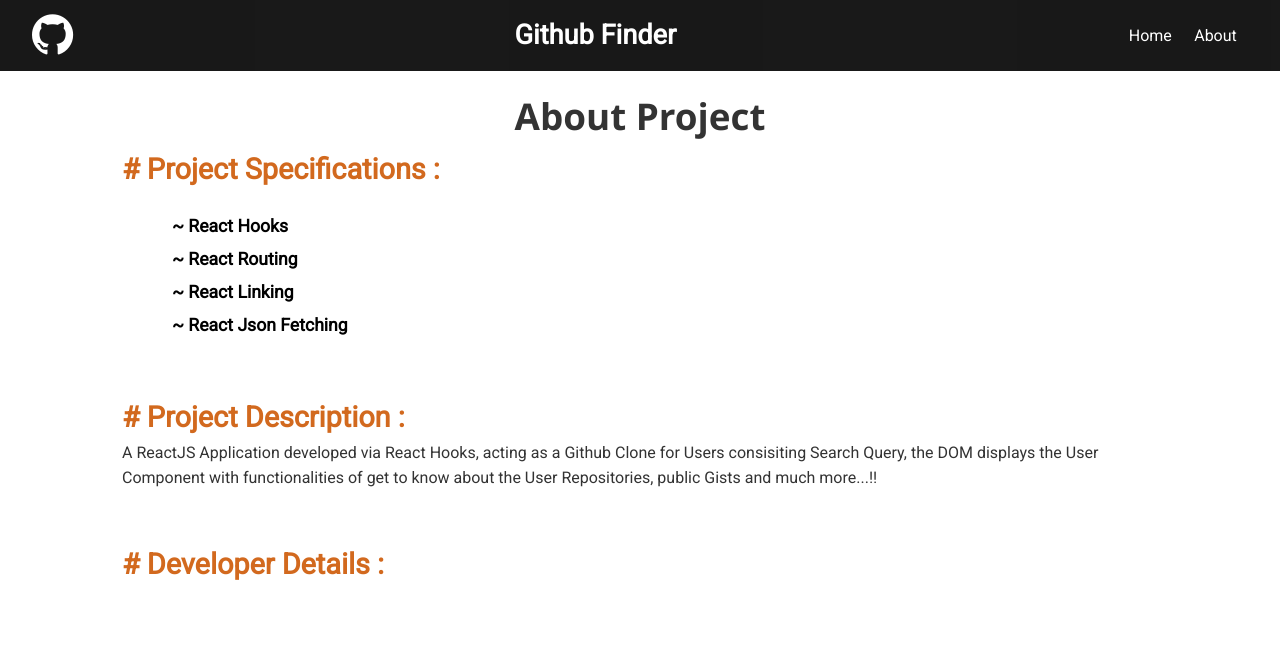
Repository: hemantsaini-7/ReactHooks-GitHub-Clone
Page: /about
An editor plug-in stored every save of this project. The page is shown before and after the next save, followed by the edit.
The browser window is 1280 px wide. The pictures show the whole page.
The project was rebuilt for these pictures with package versions that can differ from the ones it lists, and the page was loaded fresh each time. Also part of the build but not shown: src/components/users/UserItem.js, src/components/layout/Spinner.js, src/components/users/Users.js, src/components/repos/RepoItem.js, src/components/repos/Repos.js, src/components/users/User.js, src/components/users/Search.js, src/components/layout/Alert.js.

Above is the page before, as saved 2020-08-06 10:21:44.

### public/index.html
<!DOCTYPE html>
<html lang="en">
  <head>
    <meta charset="utf-8" />
    <link rel="icon" href="%PUBLIC_URL%/favicon.ico" />
    <meta name="viewport" content="width=device-width, initial-scale=1" />
    <meta name="theme-color" content="#000000" />
    <meta
      name="description"
      content="Web site created using create-react-app"
    />
    <link rel="apple-touch-icon" href="%PUBLIC_URL%/logo192.png" />

    <link rel="manifest" href="%PUBLIC_URL%/manifest.json" />
    <link
      rel="stylesheet"
      href="https://stackpath.bootstrapcdn.com/font-awesome/4.7.0/css/font-awesome.min.css"
    />
    <title>React App</title>
  </head>
  <body>
    <noscript>You need to enable JavaScript to run this app.</noscript>
    <div id="root"></div>
  </body>
</html>

### src/App.js
import React, { Fragment, useState } from "react";
import "./App.css";
import { BrowserRouter as Router, Switch, Route } from "react-router-dom";
import Navbar from "./components/layout/Navbar";
import Users from "./components/users/Users";
import User from "./components/users/User";
import Search from "./components/users/Search";
import Alert from "./components/layout/Alert";
import About from "./components/pages/About";
import axios from "axios";
const App = () => {
  const [users, setUsers] = useState([]);
  const [user, setUser] = useState({});
  const [repos, setRepos] = useState([]);
  const [loading, setLoading] = useState(false);
  const [alert, setAlert] = useState(null);

  const searchUsers = async (text) => {
    //this.setState({ loading: true });
    setLoading(true);
    const res = await axios.get(
      `https://api.github.com/search/users?q=${text}&cliend_id=${process.env.REACT_APP_GITHUB_CLIENT_ID}&client_secret=${process.env.REACT_APP_GITHUB_CLIENT_SECRET}`
    );
    setUsers(res.data.items);
    setLoading(false);
  };

  const clearUsers = () => {
    setUsers([]);
    setLoading(false);
  };

  const showAlert = (msg, type) => {
    //this.setState({ alert: { msg, type } });
    setAlert({ msg, type });
    setTimeout(() => setAlert(null), 5000);
  };

  const getUser = async (username) => {
    setLoading(true);
    const res = await axios.get(
      `https://api.github.com/users/${username}?cliend_id=${process.env.REACT_APP_GITHUB_CLIENT_ID}&client_secret=${process.env.REACT_APP_GITHUB_CLIENT_SECRET}`
    );
    setUser(res.data);
    setLoading(false);
  };

  const getUserRepos = async (username) => {
    setLoading(true);
    const res = await axios.get(
      `https://api.github.com/users/${username}/repos?per_page=5&sort=created:asc&cliend_id=${process.env.REACT_APP_GITHUB_CLIENT_ID}&client_secret=${process.env.REACT_APP_GITHUB_CLIENT_SECRET}`
    );
    setRepos(res.data);
    setLoading(false);
  };

  return (
    <Router>
      <div className='App'>
        <Navbar title='Github Finder' />
        <div className='container'>
          <Alert alert={alert} />
          <Switch>
            <Route
              exact
              path='/'
              render={(props) => (
                <Fragment>
                  <Search
                    searchUsers={searchUsers}
                    clearUsers={clearUsers}
                    showClear={users.length > 0 ? true : false}
                    setAlert={showAlert}
                  />
                  <Users users={users} loading={loading} />
                </Fragment>
              )}
            />
            <Route exact path='/about' component={About} />
            <Route
              exact
              path='/user/:login'
              render={(props) => (
                <User
                  {...props}
                  getUser={getUser}
                  getUserRepos={getUserRepos}
                  repos={repos}
                  user={user}
                  loading={loading}
                />
              )}
            />
          </Switch>
        </div>
      </div>
    </Router>
  );
};

export default App;

### src/App.css
@import url("https://fonts.googleapis.com/css?family=Roboto");

/* Global Styles */
:root {
  --primary-color: #dc3545;
  --dark-color: #333333;
  --light-color: #f4f4f4;
  --danger-color: #dc3545;
  --success-color: #28a745;
}

* {
  box-sizing: border-box;
  margin: 0;
  padding: 0;
}

body {
  font-family: "Roboto", sans-serif;
  font-size: 1rem;
  line-height: 1.6;
  background-color: #fff;
  color: #333;
}

a {
  color: var(--primary-color);
  text-decoration: none;
}

a:hover {
  color: #666;
}

ul {
  list-style: none;
}

img {
  width: 100%;
}

/* Utilities */
.container {
  max-width: 1100px;
  margin: auto;
  overflow: hidden;
  padding: 0 2rem;
}

/* Text Styles*/
.x-large {
  font-size: 4rem;
  line-height: 1.2;
  margin-bottom: 1rem;
}

.large {
  font-size: 3rem;
  line-height: 1.2;
  margin-bottom: 1rem;
}

.lead {
  font-size: 1.5rem;
  margin-bottom: 1rem;
}

.text-center {
  text-align: center;
}

.text-primary {
  color: var(--primary-color);
}

.text-dark {
  color: var(--dark-color);
}

.text-success {
  color: var(--success-color);
}

.text-danger {
  color: var(--danger-color);
}

.text-center {
  text-align: center;
}

.text-right {
  text-align: right;
}

.text-left {
  text-align: left;
}

/* Center All */
.all-center {
  display: flex;
  flex-direction: column;
  width: 100%;
  margin: auto;
  justify-content: center;
  align-items: center;
  text-align: center;
}

/* Cards */
.card {
  padding: 1rem;
  border: #ccc 1px dotted;
  margin: 0.7rem 0;
}

/* List */
.list {
  margin: 0.5rem 0;
}

.list li {
  padding-bottom: 0.3rem;
}

/* Padding */
.p {
  padding: 0.5rem;
}
.p-1 {
  padding: 1rem;
}
.p-2 {
  padding: 2rem;
}
.p-3 {
  padding: 3rem;
}
.py {
  padding: 0.5rem 0;
}
.py-1 {
  padding: 1rem 0;
}
.py-2 {
  padding: 2rem 0;
}
.py-3 {
  padding: 3rem 0;
}

/* Margin */
.m {
  margin: 0.5rem;
}
.m-1 {
  margin: 1rem;
}
.m-2 {
  margin: 2rem;
}
.m-3 {
  margin: 3rem;
}
.my {
  margin: 0.5rem 0;
}
.my-1 {
  margin: 1rem 0;
}
.my-2 {
  margin: 2rem 0;
}
.my-3 {
  margin: 3rem 0;
}

/* Grid */
.grid-2 {
  display: grid;
  grid-template-columns: repeat(2, 1fr);
  grid-gap: 1rem;
}

.grid-3 {
  display: grid;
  grid-template-columns: repeat(3, 1fr);
  grid-gap: 1rem;
}

.grid-4 {
  display: grid;
  grid-template-columns: repeat(4, 1fr);
  grid-gap: 1rem;
}

.btn {
  display: inline-block;
  background: var(--light-color);
  color: #333;
  padding: 0.4rem 1.3rem;
  font-size: 1rem;
  border: none;
  cursor: pointer;
  margin-right: 0.5rem;
  transition: opacity 0.2s ease-in;
  outline: none;
}

.btn-link {
  background: none;
  padding: 0;
  margin: 0;
}

.btn-block {
  display: block;
  width: 100%;
}

.btn-sm {
  font-size: 0.8rem;
  padding: 0.3rem 1rem;
  margin-right: 0.2rem;
}

.badge {
  display: inline-block;
  font-size: 0.8rem;
  padding: 0.2rem 0.7rem;
  text-align: center;
  margin: 0.3rem;
  background: var(--light-color);
  color: #333;
  border-radius: 5px;
}

.alert {
  padding: 0.7rem;
  margin: 1rem 0;
  opacity: 0.9;
  background: var(--light-color);
  color: #333;
}

.btn-primary,
.bg-primary,
.badge-primary,
.alert-primary {
  background: var(--primary-color);
  color: #fff;
}

.btn-light,
.bg-light,
.badge-light,
.alert-light {
  background: var(--light-color);
  color: #333;
}

.btn-dark,
.bg-dark,
.badge-dark,
.alert-dark {
  background: var(--dark-color);
  color: #fff;
}

.btn-danger,
.bg-danger,
.badge-danger,
.alert-danger {
  background: var(--danger-color);
  color: #fff;
}

.btn-success,
.bg-success,
.badge-success,
.alert-success {
  background: var(--success-color);
  color: #fff;
}

.btn-white,
.bg-white,
.badge-white,
.alert-white {
  background: #fff;
  color: #333;
  border: #ccc solid 1px;
}

.btn:hover {
  opacity: 0.8;
}

.bg-light,
.badge-light {
  border: #ccc solid 1px;
}

.round-img {
  border-radius: 50%;
}

/* Forms */
input {
  margin: 1.2rem 0;
}

.form-text {
  display: block;
  margin-top: 0.3rem;
  color: #888;
}

input[type="text"],
input[type="email"],
input[type="password"],
input[type="date"],
select,
textarea {
  display: block;
  width: 100%;
  padding: 0.4rem;
  font-size: 1.2rem;
  border: 1px solid #ccc;
}

input[type="submit"],
button {
  font: inherit;
}

table th,
table td {
  padding: 1rem;
  text-align: left;
}

table th {
  background: var(--light-color);
}

/* Navbar */
.navbar {
  display: flex;
  justify-content: space-between;
  align-items: center;
  padding: 0.7rem 2rem;
  z-index: 1;
  width: 100%;
  opacity: 0.9;
  margin-bottom: 1rem;
}

.navbar ul {
  display: flex;
}

.navbar a {
  color: #fff;
  padding: 0.45rem;
  margin: 0 0.25rem;
}

.navbar a:hover {
  color: var(--light-color);
}

.navbar .welcome span {
  margin-right: 0.6rem;
}
.bg-black {
  background: #000;
  color: #fff;
}
.nav-head {
  font-size: 1.7rem;
  /* margin-left: 100px; */
}
.s-field {
  border-radius: 10px;
  box-shadow: inset 0px 0px 10px #ccc;
}
.s-field:focus {
  outline: none;
}
.about-head {
  text-align: center;
  font-weight: bold;
  font-size: 2.3rem;
  font-family: "Segoe UI", Tahoma, Geneva, Verdana, sans-serif;
}
.content-div {
  margin-bottom: 50px;
}
.content-head {
  font-weight: bold;
  font-size: 1.8rem;
  color: chocolate;
}
.list {
  margin: 20px 50px;
}
.list-item {
  color: #000;
  font-weight: bold;
  font-size: 1.1rem;
}
/* Mobile Styles */
@media (max-width: 700px) {
  .hide-sm {
    display: none;
  }

  .grid-2,
  .grid-3,
  .grid-4 {
    grid-template-columns: 1fr;
  }

  /* Text Styles */
  .x-large {
    font-size: 3rem;
  }

  .large {
    font-size: 2rem;
  }

  .lead {
    font-size: 1rem;
  }

  /* Navbar */
  .navbar {
    display: block;
    text-align: center;
  }

  .navbar ul {
    text-align: center;
    justify-content: center;
  }
}

### src/components/layout/Navbar.js
import React from "react";
import { Link } from "react-router-dom";
function Navbar(props) {
  return (
    <nav className='navbar bg-black '>
      <span>
        <i className='fa fa-github fa-3x'></i>
      </span>
      <h3 className='nav-head'>{props.title}</h3>
      <ul>
        <li>
          <Link to='/'>Home</Link>
        </li>
        <li>
          <Link to='/about'>About</Link>
        </li>
      </ul>
    </nav>
  );
}

export default Navbar;

### src/components/pages/About.js
import React from "react";

const About = () => {
  return (
    <div className='about-div'>
      <h1 className='about-head'>About Project</h1>
      <div className='content-div'>
        <h1 className='content-head'># Project Specifications :</h1>
        <ul className='list'>
          <li className='list-item'>~ React Hooks</li>
          <li className='list-item'>~ React Routing</li>
          <li className='list-item'>~ React Linking</li>
          <li className='list-item'>~ React Json Fetching</li>
        </ul>
      </div>
      <div className='content-div'>
        <h1 className='content-head'># Project Description :</h1>
        <p className='content-para'>
          A ReactJS Application developed via React Hooks, acting as a Github
          Clone for Users consisiting Search Query, the DOM displays the User
          Component with functionalities of get to know about the User
          Repositories, public Gists and much more...!!
        </p>
      </div>
      <div className='content-div'>
        <h1 className='content-head'># Developer Details :</h1>
      </div>
    </div>
  );
};
export default About;

Loaded but not shown: src/index.js (common file)

After the next save:
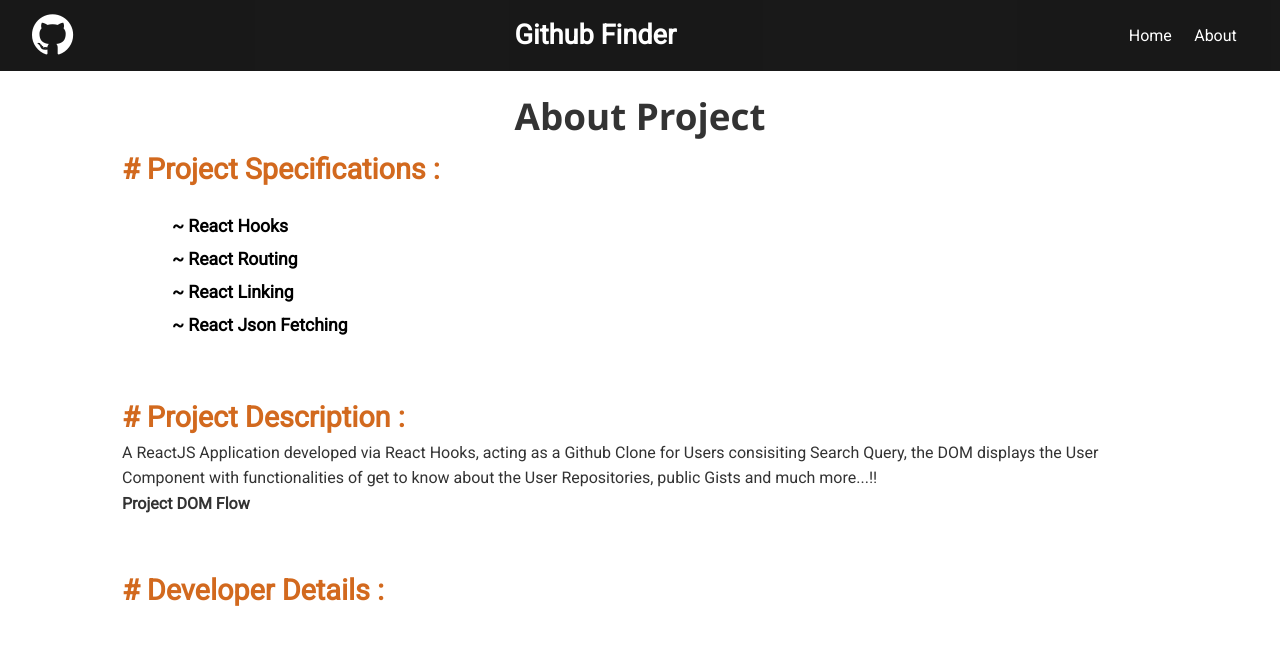
Saved 51 s later.
--- a/src/components/pages/About.js
+++ b/src/components/pages/About.js
@@ -21,6 +21,7 @@
           Component with functionalities of get to know about the User
           Repositories, public Gists and much more...!!
         </p>
+        <h4>Project DOM Flow</h4>
       </div>
       <div className='content-div'>
         <h1 className='content-head'># Developer Details :</h1>
